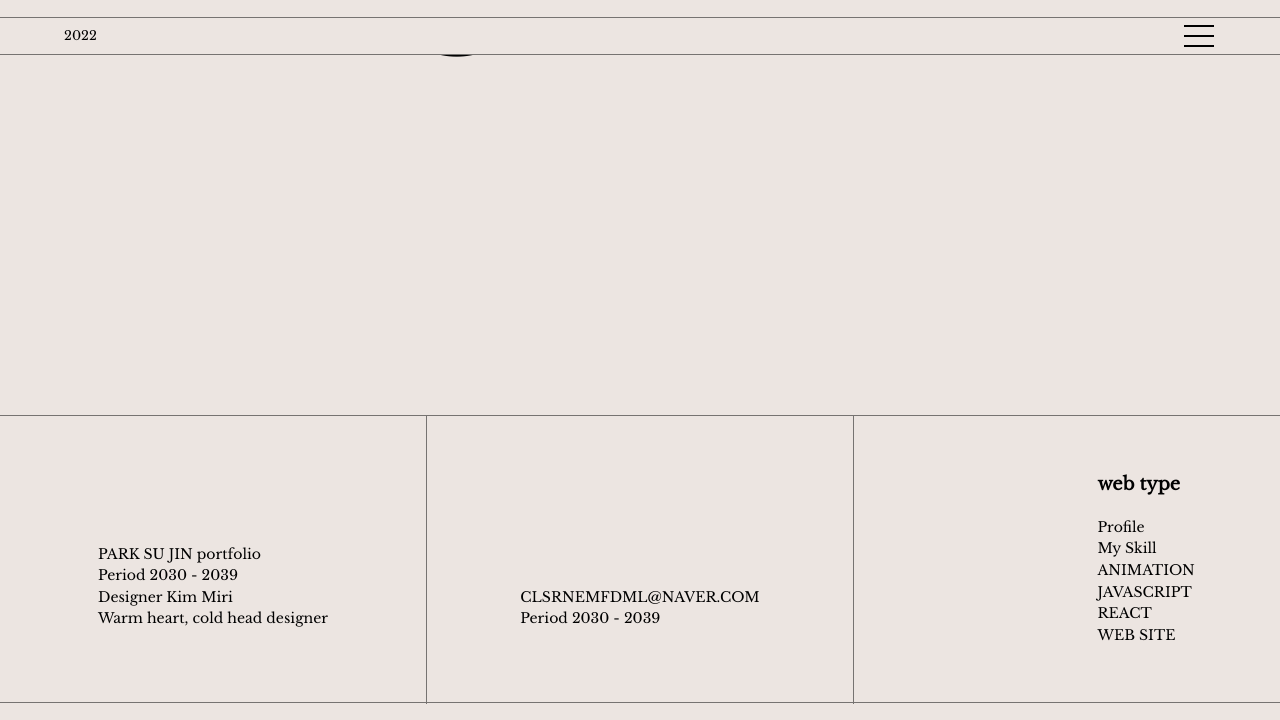
Repository: clsrnemfdml/portfolio_parksj_versiton1
Page: index.html
The author's editor kept a copy of each file at every save. The page is drawn from the files as they stood at one save, then again after the next save.
The browser window is 1280 px wide. The pictures show the whole page.

Above is the page before, as saved 2021-09-07 07:48:17.

### index.html
<!DOCTYPE html>
<html lang="en">
<head>
    <meta charset="UTF-8">
    <meta http-equiv="X-UA-Compatible" content="IE=edge">
    <meta name="viewport" content="width=device-width, initial-scale=1.0">
    <title>parkjs portfolio</title>
    <meta name="descripsion" content="박수진의 포트폴리오 입니다.">
    <link rel="stylesheet" href="css/reset.css">
    <link rel="stylesheet" href="css/index.css">
    <style> @import url('https://fonts.googleapis.com/css2?family=Libre+Baskerville&display=swap');</style>
    <script src="js/index.js"></script>

</head>
<body>
    <div id="wrap">
        <section id="section1">
            <div class="wrap_portFolio">
                <div class="menu">
                    <p>2022</p>
                    <span>
                    </span>
                </div>
                <div class="content">
                    <svg width=525 height=160 viewBox="0 0 525 160"> <text>ORDINARY CODE</text> </svg>

                </div>
                <div class="content_bottom">
                    <div class="rsum1">
                        <p>PARK SU JIN portfolio<br>
                        Period  2030 - 2039<br>
                        Designer   Kim Miri<br>
                        Warm heart, cold head designer</p>
                    </div>
                    <div class="rsum2">
                        <p>CLSRNEMFDML@NAVER.COM<br>
                        Period  2030 - 2039</p>
                    </div>
                    <div class="rsum3">
                        <ul>
                            <li class="fitst_write">web type</li>
                            <li>Profile</li>
                            <li>My Skill</li>
                            <li>ANIMATION</li>
                            <li>JAVASCRIPT</li>
                            <li>REACT</li>
                            <li>WEB SITE</li>
                        </ul>
                    </div>
                </div>
            </div>

        </section>
    </div>

</body>
</html>

### css/index.css


#wrap{width: 100%; height: auto;}




/*section1 */
#wrap #section1{height: 100vh; width: 100%; background: #ECE5E1;
    font-family: 'Libre Baskerville', serif; position: relative;}

#wrap #section1 .wrap_portFolio{
    width: 100%;
    height: 95vh;
    position: absolute;
    top: 50%;
    transform: translateY(-50%);
    border-bottom: 1px solid #767371;
    border-top: 1px solid #767371;
}

#wrap #section1 .menu{
    width: 100%;
    height: 5vh;
    border-bottom: 1px solid #767371;
    position: relative;
    font-size: 1vw;

}
#wrap #section1 .menu p{
    padding-left: 5%;
    position: absolute;
    top: 50%;
    transform: translateY(-50%);
}
#wrap #section1 .menu span{
    display: block;
    position: absolute;
    right: 4%;
    top: 50%;
    transform: translate(-50%, -50%);
    width: 30px;
    height: 2px;
    background: rgb(0, 0, 0);
    float: right;
}
    #wrap #section1 .menu span::before{
    content: '';
    width: 30px;
    height: 2px;
    background: rgb(0, 0, 0);
    position: absolute;
    left: 0;
    bottom: 10px;
    transform: rotate(0deg);
    transition-duration: .3s;
}
    #wrap #section1 .menu span::after{
        content: '';
        width: 30px;
        height: 2px;
        background: rgb(0, 0, 0);
        position: absolute;
        left: 0;
        top: 10px;
        transform: rotate(0deg);
        transition-duration: .3s;
    }

    #wrap #section1 .content{
        height: 50vh;
        position: relative;
        width: 100%;
        font-size: 13vw;
        text-align: center;
        border-bottom: 1px solid #767371;


    }
    #wrap #section1 .content h6{
        position: absolute;
        width: 100%;
        top: 50%;
        left: 50%;
        transform: translate(-50% , -50%);
        font-weight: 300;
    }

    #wrap #section1 .content_bottom{
        width: 100%;
        height: 40vh;
        position: absolute;
        display: flex;
    }


    #wrap #section1 .content_bottom > div{
        width: 33.333%;
        height: auto;
        font-size: 1.1vw;





    }
    #wrap #section1 .content_bottom > div p{
        padding-bottom: 10px;
    }

    #wrap #section1 .content_bottom .rsum1{
        border-right: 1px solid #767371;
        display: flex;
        justify-content: center;
        align-items: flex-end;
        line-height: 3vh;
        padding-bottom: 5%;


    }
    #wrap #section1 .content_bottom .rsum2{
        border-right: 1px solid #767371;
        display: flex;
        justify-content: center;
        align-items: flex-end;
        line-height: 3vh;
        padding-bottom: 5%;
    }

    #wrap #section1 .content_bottom .rsum3{
        display: flex;
        justify-content: end;
        align-items: center;
        line-height: 3vh;
    }
    #wrap #section1 .content_bottom .rsum3 ul{
        padding: 0 20%;
    }

    #wrap #section1 .content_bottom .rsum3 .fitst_write{
        font-weight: bold;
        font-size: 1.4vw;
        padding-bottom: 3vh;
    }

Loaded but not shown: css/reset.css (common file); js/index.js (no stored copy; drawn as an empty file)

After the next save:
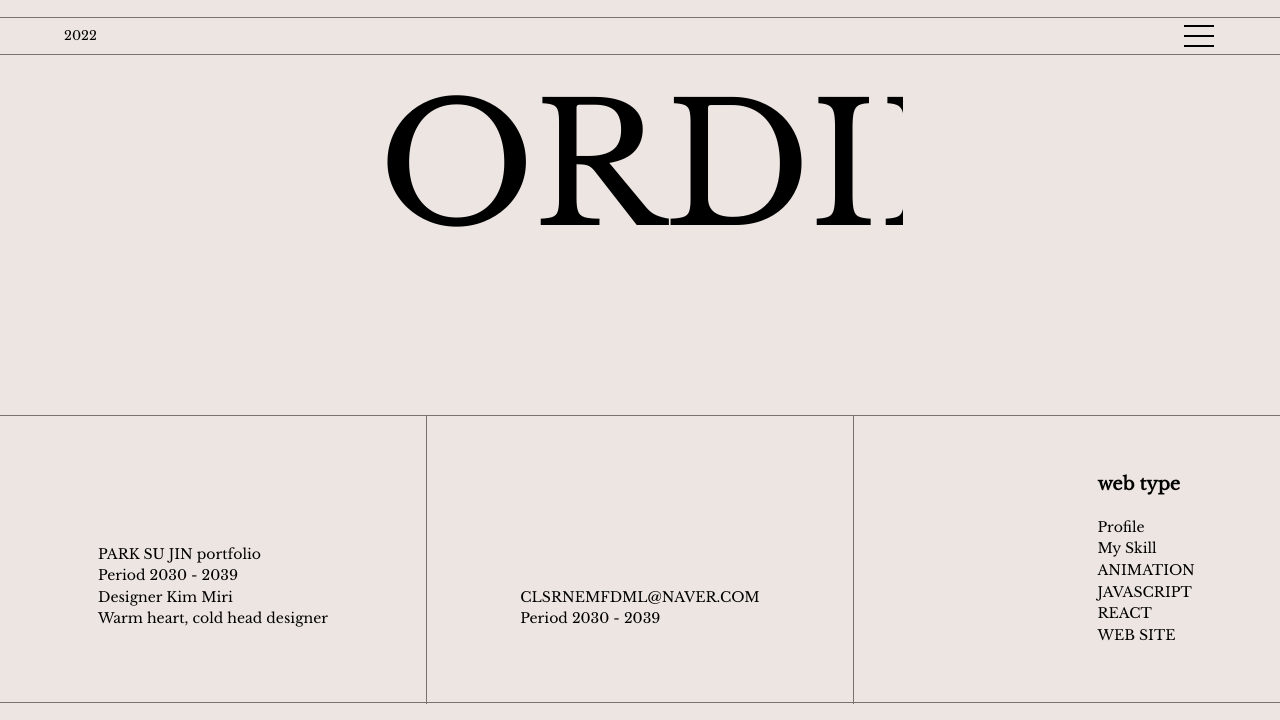
Saved 5 s later.
--- a/index.html
+++ b/index.html
@@ -22,7 +22,7 @@
                     </span>
                 </div>
                 <div class="content">
-                    <svg width=525 height=160 viewBox="0 0 525 160"> <text>ORDINARY CODE</text> </svg>
+                    <svg width=525 height=500 viewBox="0 0 525 160"> <text>ORDINARY CODE</text> </svg>
 
                 </div>
                 <div class="content_bottom">

After the save that followed:
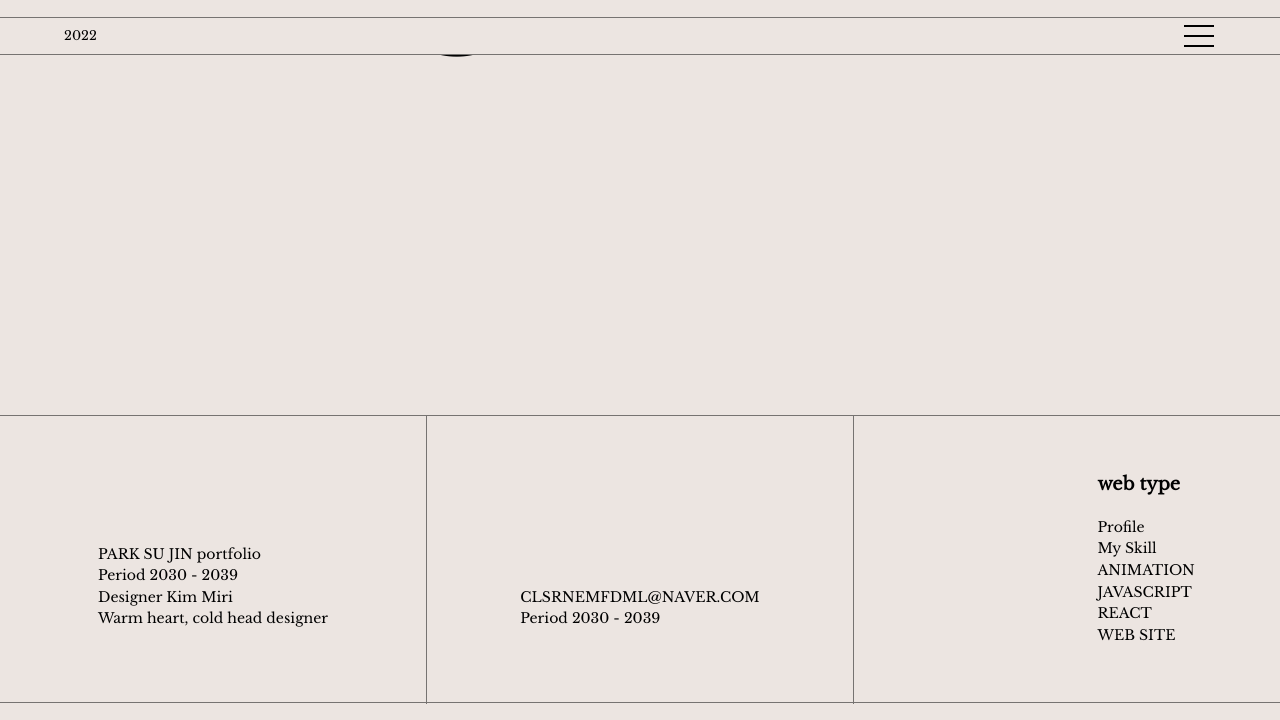
Saved 11 s later.
--- a/index.html
+++ b/index.html
@@ -22,7 +22,7 @@
                     </span>
                 </div>
                 <div class="content">
-                    <svg width=525 height=500 viewBox="0 0 525 160"> <text>ORDINARY CODE</text> </svg>
+                    <svg width=525 height=500> <text>ORDINARY CODE</text> </svg>
 
                 </div>
                 <div class="content_bottom">
